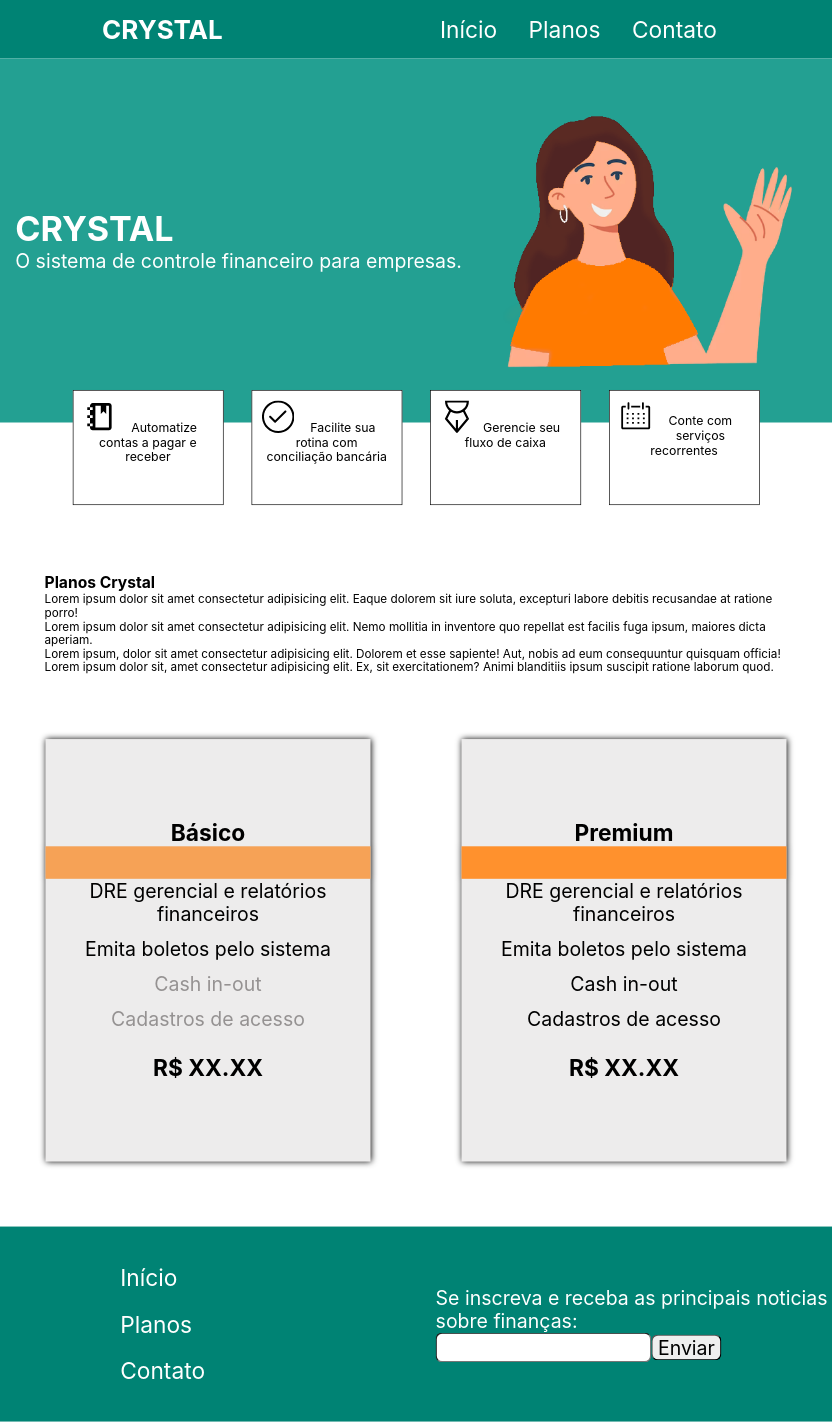
Repository: Matheus904-12/Crystallize
Page: index.html
An editor plug-in stored every save of this project. The page is shown before and after a run of saves, followed by the edit.
The browser window is 1280 px wide. The pictures show the whole page, at 65% of full size.
Some web fonts or font styles are not loaded; a fallback is used.

Above is the page before, as saved 2023-07-24 20:49:28.

After the next 4 saves:
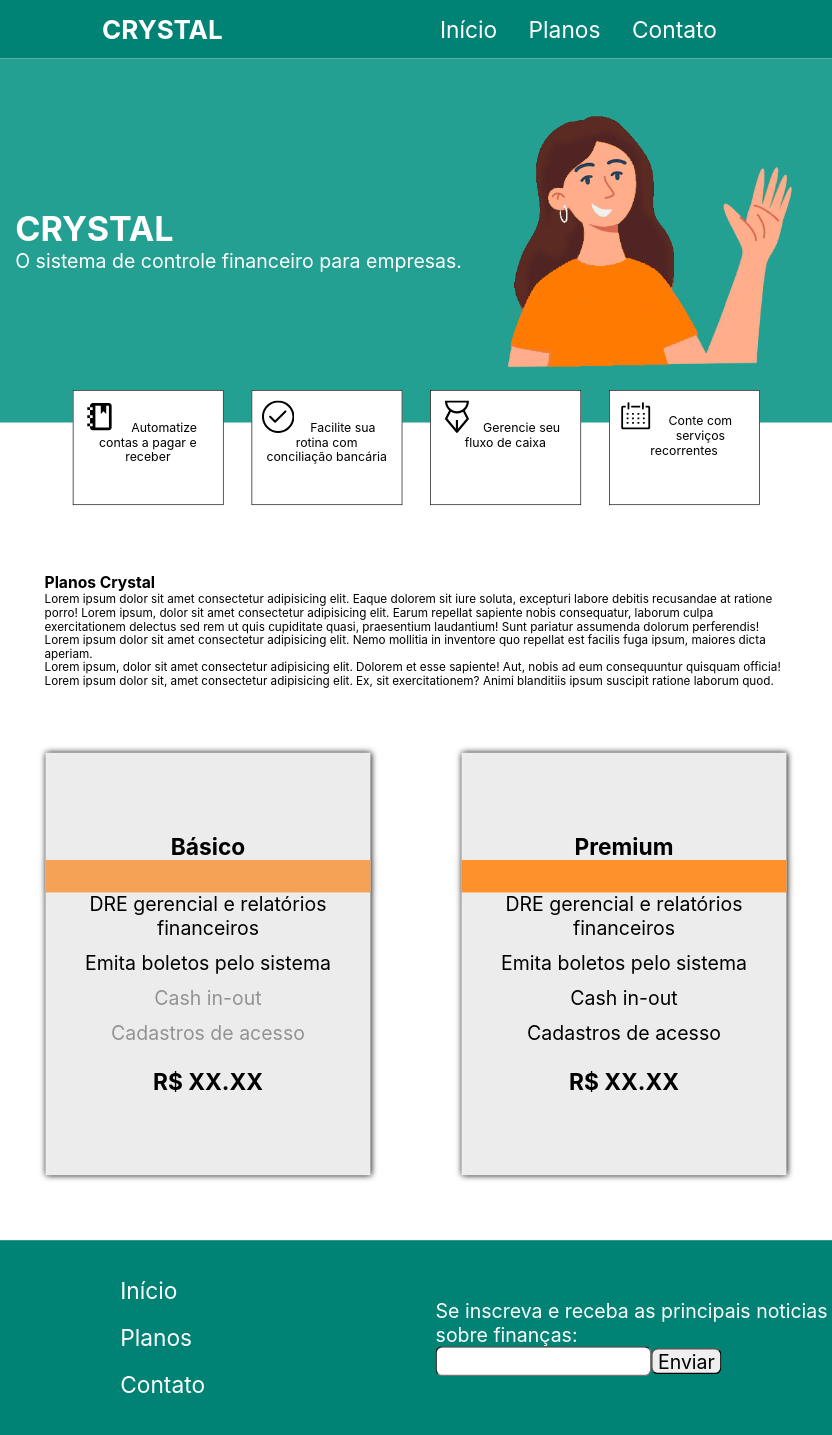
The 4 saves are shown as one change because they came seconds apart.
The last was saved 27 min 41 s later.
--- a/index.html
+++ b/index.html
@@ -67,7 +67,7 @@
             Planos Crystal
         </h1>
         <div class="textoPadrao planoTexto">
-            <p>Lorem ipsum dolor sit amet consectetur adipisicing elit. Eaque dolorem sit iure soluta, excepturi labore debitis recusandae at ratione porro!</p>
+            <p>Lorem ipsum dolor sit amet consectetur adipisicing elit. Eaque dolorem sit iure soluta, excepturi labore debitis recusandae at ratione porro! Lorem ipsum, dolor sit amet consectetur adipisicing elit. Earum repellat sapiente nobis consequatur, laborum culpa exercitationem delectus sed rem ut quis cupiditate quasi, praesentium laudantium! Sunt pariatur assumenda dolorum perferendis!</p>
             <p>Lorem ipsum dolor sit amet consectetur adipisicing elit. Nemo mollitia in inventore quo repellat est facilis fuga ipsum, maiores dicta aperiam.</p>
             <p>Lorem ipsum, dolor sit amet consectetur adipisicing elit. Dolorem et esse sapiente! Aut, nobis ad eum consequuntur quisquam officia!</p>
             <p>Lorem ipsum dolor sit, amet consectetur adipisicing elit. Ex, sit exercitationem? Animi blanditiis ipsum suscipit ratione laborum quod.</p>
